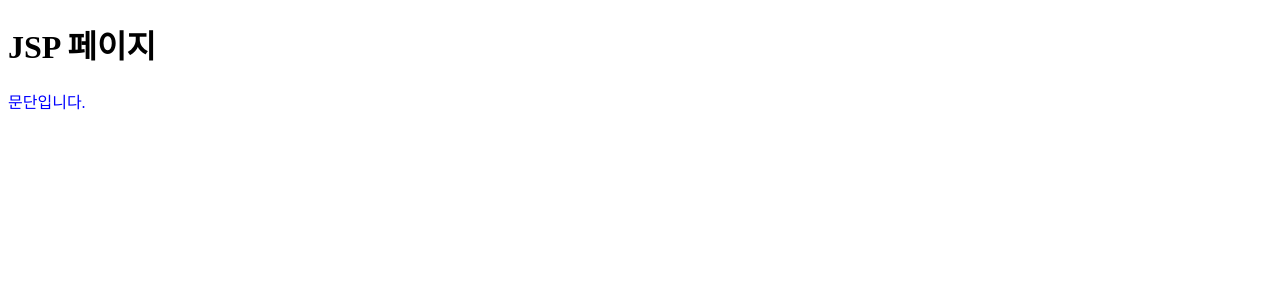
Repository: chanjin5212/Full-Stack-study
Page: http://localhost/JSPTest/ex01.jsp
An editor plug-in stored every save of this project. The page is shown before and after the next save, followed by the edit.
The browser window is 1280 px wide. The pictures show the whole page.
The page is served by Tomcat 9.

Above is the page before, as saved 2022-06-20 07:29:34.

After the next save:
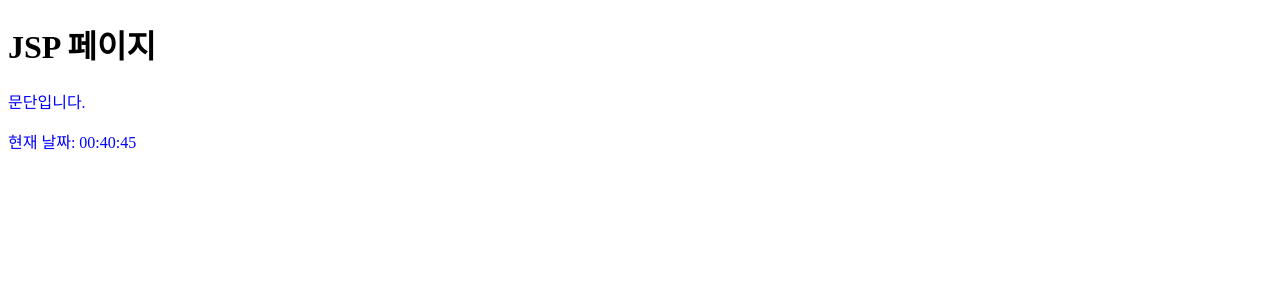
Saved 4 min 53 s later.
--- a/server/JSPTest/src/main/webapp/ex01.jsp
+++ b/server/JSPTest/src/main/webapp/ex01.jsp
@@ -1,3 +1,4 @@
+<%@page import="java.util.Calendar"%>
 <%@ page language="java" contentType="text/html; charset=UTF-8"
     pageEncoding="UTF-8"%>
 <!DOCTYPE html>
@@ -12,7 +13,19 @@
 </style>
 </head>
 <body>
+	<!-- http://localhost:8090/JSPTest/ex01.jsp -->
 	<h1>JSP 페이지</h1>
 	<p>문단입니다.</p>
+
+	<%
+		//여기는 자바 영역입니다(= 자바 클래스 영역, 서블릿 영역과 동일)
+		Calendar now = Calendar.getInstance();
+
+	%>
+
+	<p>현재 날짜: <%= String.format("%tT", now) %></p>
+
+
+
 </body>
 </html>
